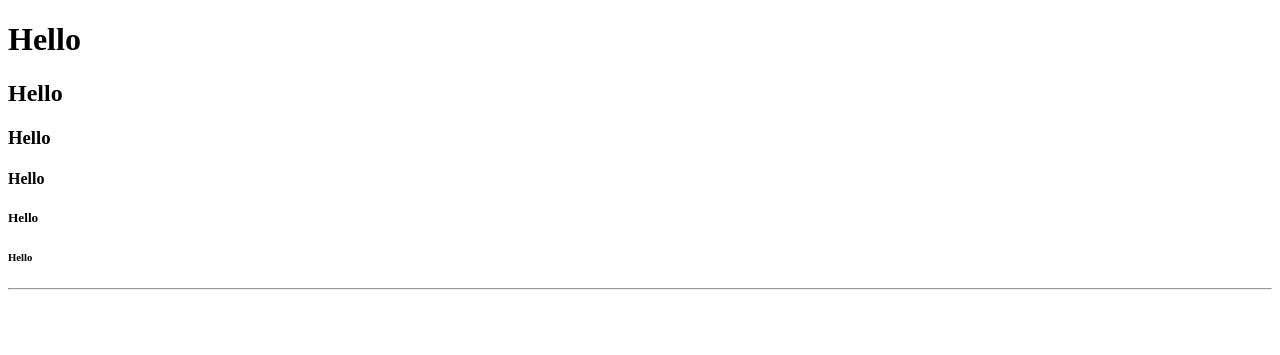
Repository: Chintan-elite/Java_Shail
Page: Learning_web/src/main/webapp/index.html
These files come from the project's save history. The page is drawn as it stood at one moment and after the next save; the edit follows.
The browser window is 1280 px wide. The pictures show the whole page.

Above is the page before, as saved 2023-09-08 11:56:51.

### Learning_web/src/main/webapp/index.html
<!DOCTYPE html>
<html>
<head>
<meta charset="ISO-8859-1">
<title>Home</title>
</head>
<body>

	<h1>Hello</h1>
	<h2>Hello</h2>
	<h3>Hello</h3>
	<h4>Hello</h4>
	<h5>Hello</h5>
	<h6>Hello</h6>

	<hr>




</body>
</html>

After the next save:
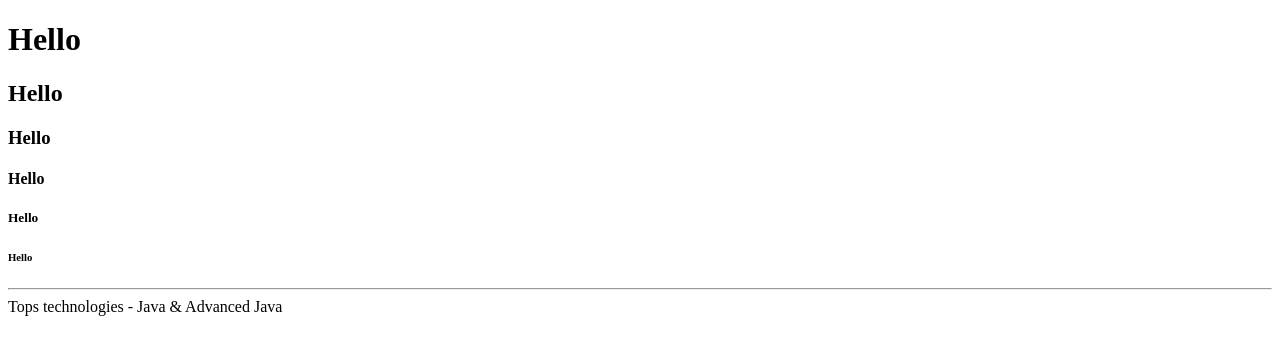
Saved 30 s later.
--- a/Learning_web/src/main/webapp/index.html
+++ b/Learning_web/src/main/webapp/index.html
@@ -15,6 +15,9 @@
 
 	<hr>
 
+	Tops technologies - Java & Advanced Java
+
+
 
 
 
